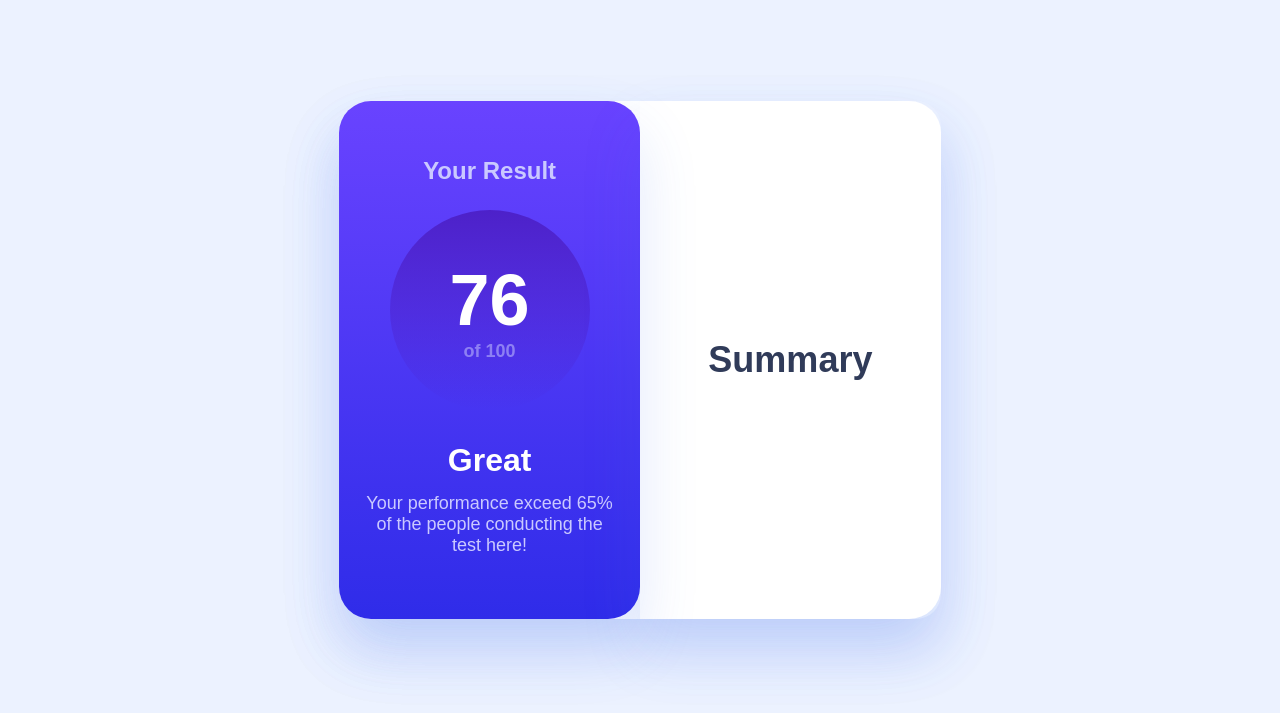
Repository: KamoliddinGIT/result-summary
Page: index.html
An editor plug-in stored every save of this project. The page is shown before and after the next save, followed by the edit.
The browser window is 1280 px wide. The pictures show the whole page.
Some web fonts or font styles are not loaded; a fallback is used.

Above is the page before, as saved 2023-09-08 15:54:46.

### index.html
<!DOCTYPE html>
<html lang="en">
  <head>
    <meta charset="UTF-8" />
    <meta name="viewport" content="width=device-width, initial-scale=1.0" />
    <link
      rel="icon"
      type="image/png"
      sizes="32x32"
      href="./assets/images/favicon-32x32.png"
    />
    <link rel="stylesheet" href="css/style.css" />
    <title>Frontend Mentor | Results summary component</title>
  </head>
  <body>
    <div class="container">
      <div class="result-box">
        <h1 class="result__heading">Your Result</h1>
        <div class="result__score">
          <h1>76</h1>
          <span>of 100</span>
        </div>
        <div class="result__comment">
          <h1>Great</h1>
          <p>
            Your performance exceed 65% of the people conducting the test here!
          </p>
        </div>
      </div>
      <div class="summary-box">
        <h1 class="summary__title">Summary</h1>
        <div class="summary__stats"></div>
      </div>
    </div>

    <script src="js/index.js"></script>
  </body>
</html>

### css/style.css
/* FONT-FACE */
@font-face {
  font-family: "Hanken Grotesk";
  src: url("../fonts/HankenGrotesk-ExtraBold.woff2") format("woff2"),
    url("../fonts/HankenGrotesk-ExtraBold.woff") format("woff");
  font-weight: bold;
  font-style: normal;
  font-display: swap;
}

@font-face {
  font-family: "Hanken Grotesk";
  src: url("../fonts/HankenGrotesk-Medium.woff2") format("woff2"),
    url("../fonts/HankenGrotesk-Medium.woff") format("woff");
  font-weight: 500;
  font-style: normal;
  font-display: swap;
}

@font-face {
  font-family: "Hanken Grotesk";
  src: url("../fonts/HankenGrotesk-Bold.woff2") format("woff2"),
    url("../fonts/HankenGrotesk-Bold.woff") format("woff");
  font-weight: bold;
  font-style: normal;
  font-display: swap;
}

* {
  margin: 0;
  padding: 0;
  box-sizing: border-box;
}

body {
  display: flex;
  flex-direction: column;
  justify-content: center;
  align-items: center;
  height: 100vh;
  padding: 0;
  margin: 0;
  font-family: "Hanken Grotesk", "Arial", sans-serif;
  font-size: 18px;
  font-weight: 500;
  line-height: normal;
  background-color: #ecf2ff;
  color: #303b59;
}

.container {
  width: 47%;
  display: flex;
  justify-content: center;
  align-items: center;
  height: 72%;
  background-color: #ffffff;
  box-shadow: 0px 30px 60px 0px rgba(61, 108, 236, 0.15);
  border-radius: 32px;
}

.result-box {
  width: 50%;
  height: 100%;
  border-radius: 32px;
  box-shadow: 0px 30px 60px 0px rgba(61, 108, 236, 0.15);
  background-image: linear-gradient(
    180deg,
    #75f 0%,
    #6943ff 0.01%,
    #2f2ce9 100%
  );
  color: #cac9ff;
  box-shadow: 0px 30px 60px 0px rgba(61, 108, 236, 0.15);
  display: flex;
  flex-direction: column;
  align-items: center;
  justify-content: center;
  gap: 25px;
}

.summary-box {
  display: flex;
  flex-direction: column;
  align-items: center;
  justify-content: center;
  width: 50%;
  height: 100%;
  border-radius: 0 25px 25px 0;
  box-shadow: 0px 30px 60px 0px rgba(61, 108, 236, 0.15);
}

.result__heading {
  font-size: 24px;
}

.result__score {
  display: flex;
  flex-direction: column;
  justify-content: center;
  align-items: center;
  width: 200px;
  height: 200px;
  border-radius: 50%;
  background-image: linear-gradient(
    180deg,
    #4d21c9 0%,
    rgba(37, 33, 201, 0) 100%,
    rgba(37, 33, 201, 0) 100%
  );
}

.result__score h1 {
  font-size: 72px;
  color: #ffffff;
}

.result__score span {
  color: #cac9ff;
  font-weight: 700;
  opacity: 0.5168;
  font-size: 18px;
}

.result__comment {
  display: flex;
  justify-content: space-around;
  align-items: center;
  flex-direction: column;
  text-align: center;
  width: 260px;
  height: 127px;
}

.result__comment h1 {
  font-size: 32px;
  color: #ffffff;
}

.result__comment p {
  font-size: 18px;
  color: #cac9ff;
  font-weight: 500;
  line-height: normal;
}

### js/index.js
"use strict";

const data = [
  {
    category: "Reaction",
    score: 80,
    icon: "img/icon-reaction.svg",
  },
  {
    category: "Memory",
    score: 92,
    icon: "img/icon-memory.svg",
  },
  {
    category: "Verbal",
    score: 61,
    icon: "img/icon-verbal.svg",
  },
  {
    category: "Visual",
    score: 72,
    icon: "img/icon-visual.svg",
  },
];

After the next save:
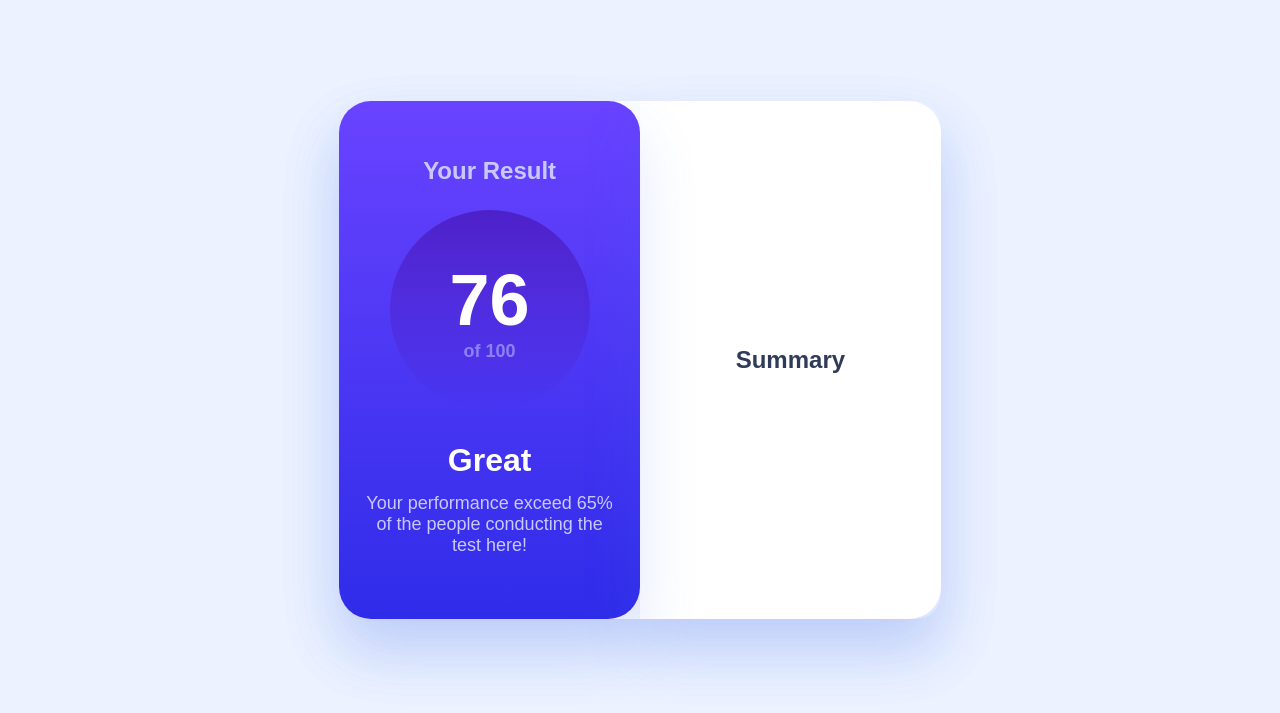
Saved 96 s later.
--- a/css/style.css
+++ b/css/style.css
@@ -143,3 +143,8 @@ body {
   font-weight: 500;
   line-height: normal;
 }
+
+.summary__title {
+  color: #303b59;
+  font-size: 24px;
+}
